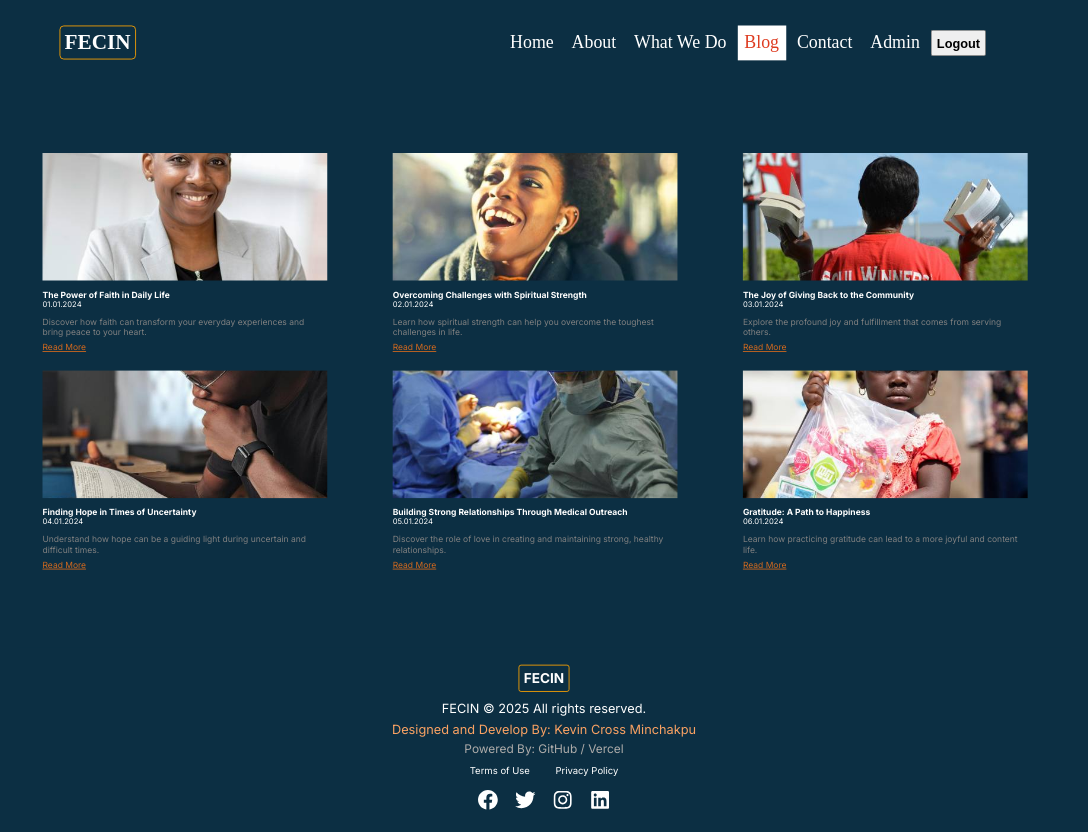
Repository: KCMinchakpu/fecin-projectgs497
Page: /blog
An editor plug-in stored every save of this project. The page is shown before and after the next save, followed by the edit.
The browser window is 1280 px wide. The pictures show the whole page, at 85% of full size.
The project was rebuilt for these pictures with package versions that can differ from the ones it lists, and the page was loaded fresh each time. The framework's server and built-in components were replaced by stand-ins that run in the browser. Also part of the build but not shown: next.config.mjs.

Above is the page before, as saved 2025-04-02 19:33:30.

After the next save:
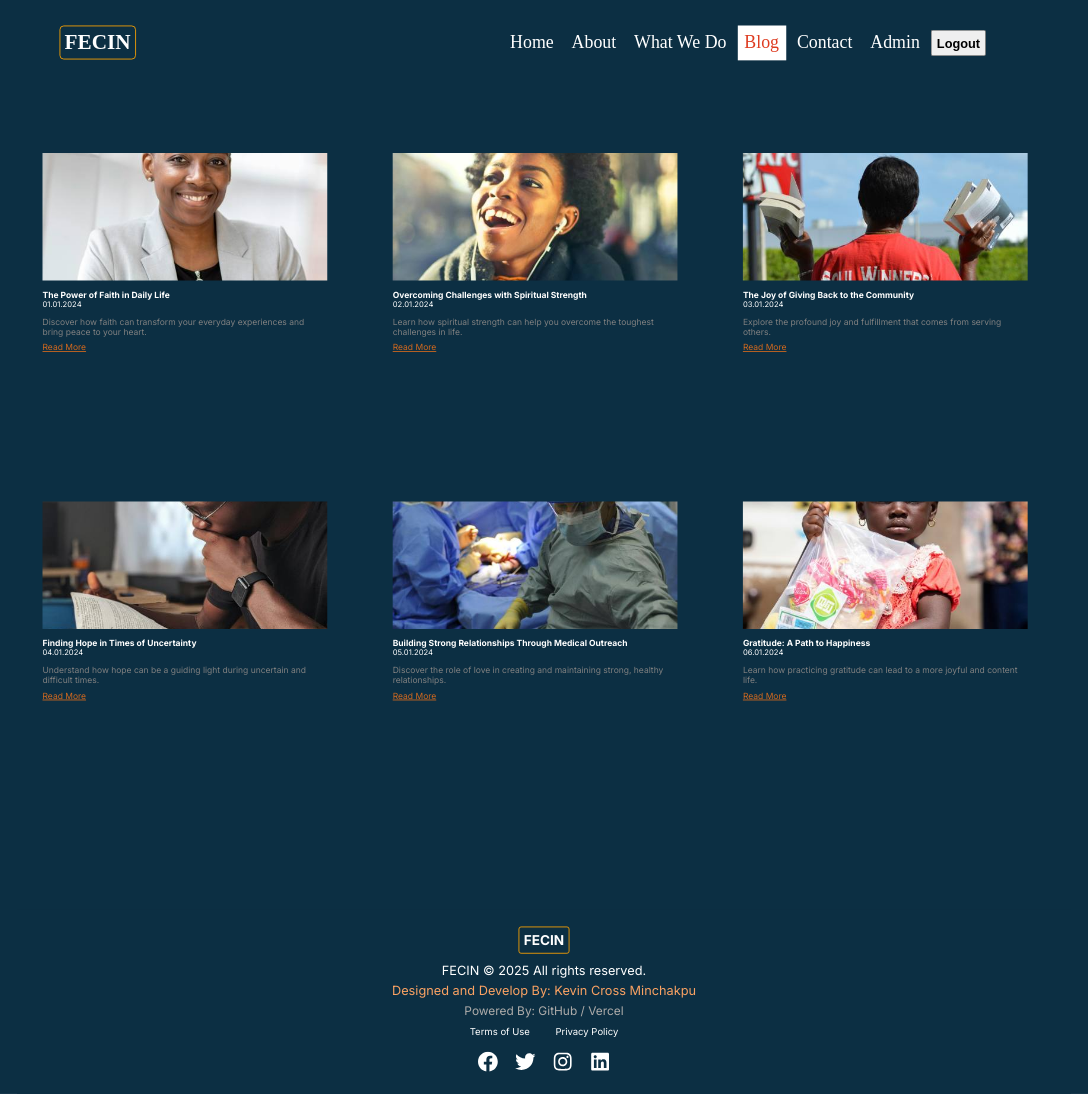
Saved 46 s later.
--- a/src/app/blog/blog.module.css
+++ b/src/app/blog/blog.module.css
@@ -8,6 +8,7 @@
 
 .post {
     width: 30%;
+    height: 400px;
     align-items:center;
     margin-left: 30px;
 }

After the save that followed:
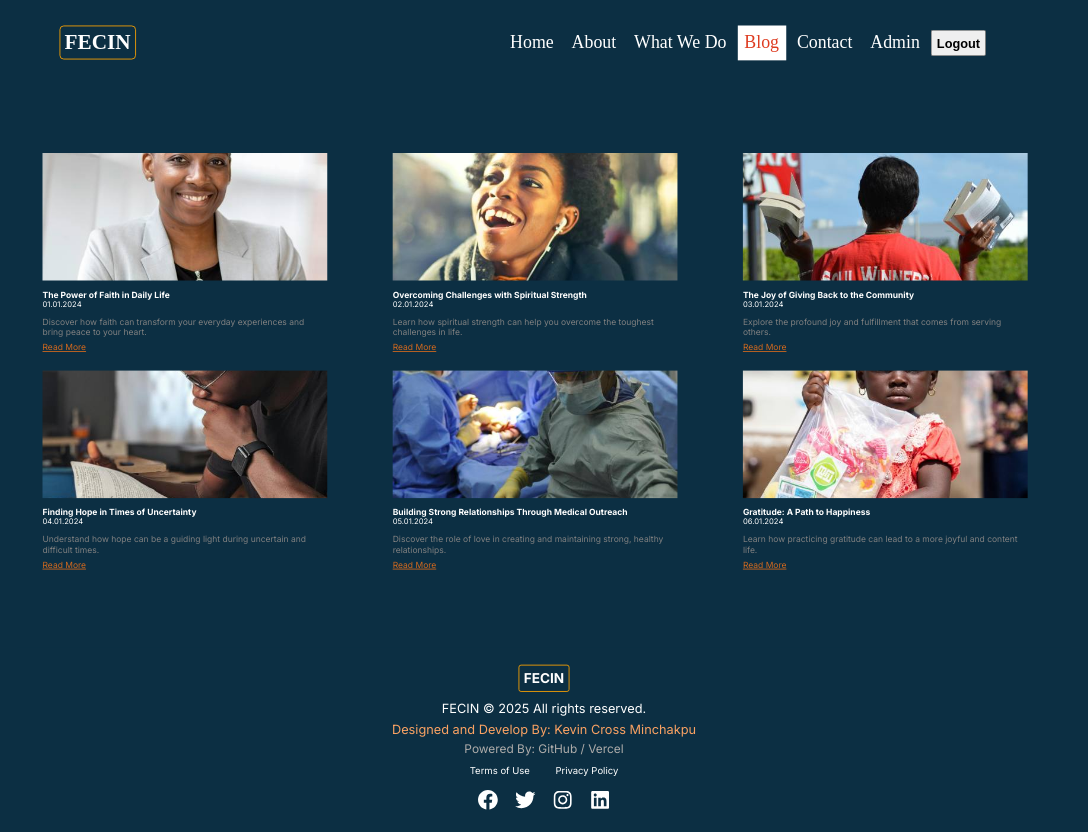
Saved 30 s later.
--- a/src/app/blog/blog.module.css
+++ b/src/app/blog/blog.module.css
@@ -8,7 +8,6 @@
 
 .post {
     width: 30%;
-    height: 400px;
     align-items:center;
     margin-left: 30px;
 }
